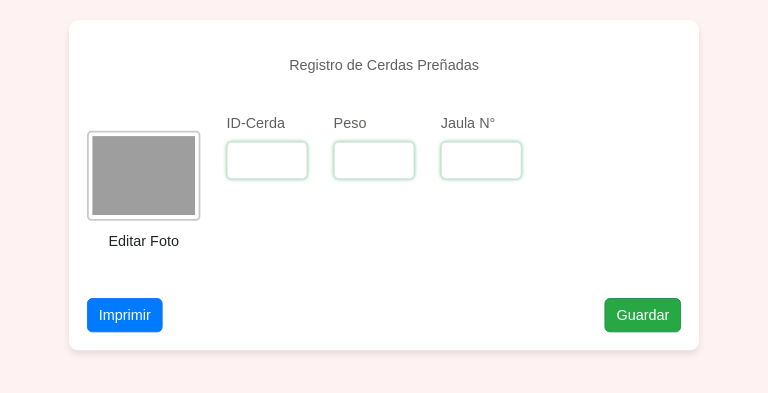
Repository: Mateojimenezz/Granja-Santa-Helena
Page: fomularioRegHembrasPreñadas.html
The author's editor kept a copy of each file at every save. The page is drawn from the files as they stood at one save, then again after a run of saves.
The browser window is 768 px wide. The pictures show the whole page.
Pictures or frames that could not be fetched are drawn as grey boxes. Some web fonts or font styles are not loaded; a fallback is used.

Above is the page before, as saved 2025-04-29 10:28:08.

After the next 4 saves:
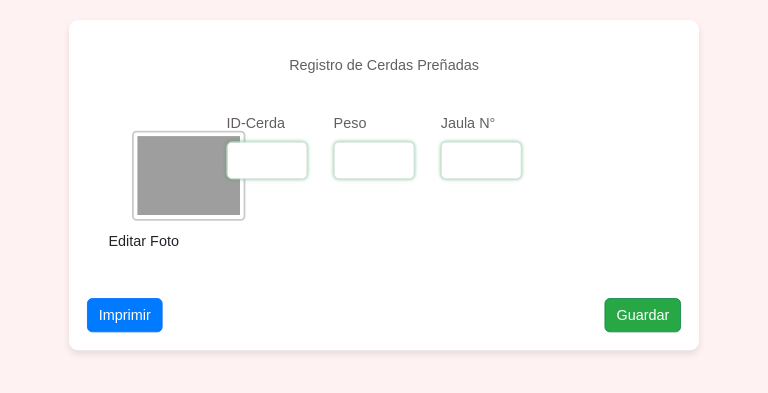
The 4 saves are shown as one change because they came seconds apart.
The last was saved 19 s later.
--- a/assets/css/fomularioRegHembrasPreñadas.css
+++ b/assets/css/fomularioRegHembrasPreñadas.css
@@ -81,8 +81,5 @@ body {
         margin-left: 5px;
       }
       .DivphotoCerda img {
-      display: flex;
-      justify-content: center;
-      align-items: center;
-      }
-    }
+   margin-left: 50px;
+    }}
